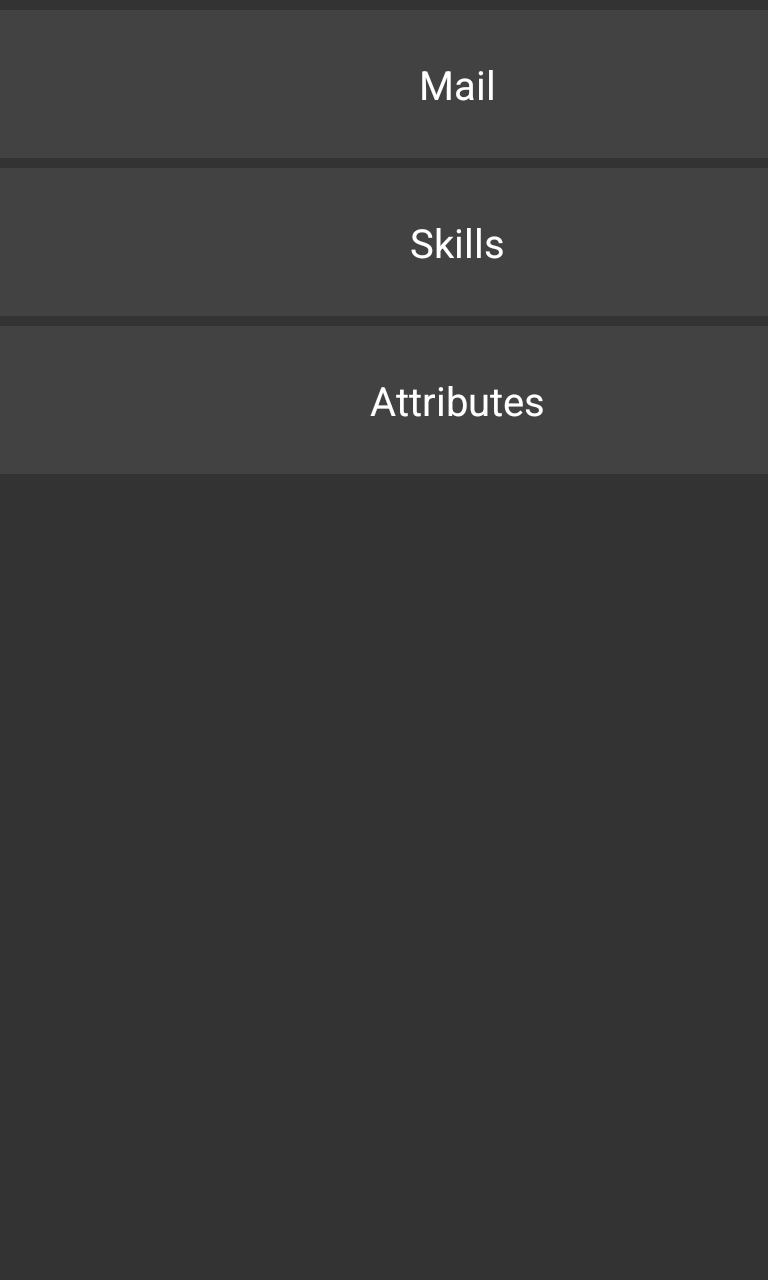
Repository: w9jds/Android-EveProfiler
Layout: EveProfiler/res/layout/drawerview.xml
An editor plug-in stored every save of this project. The layout is shown before and after the next save, followed by the edit.
It is drawn on a 768 x 1280 px phone screen (xhdpi) without system bars, with theme AppTheme; the app's code is not run.

Above is the layout before, as saved 2013-05-12 05:36:05.

After the next save:
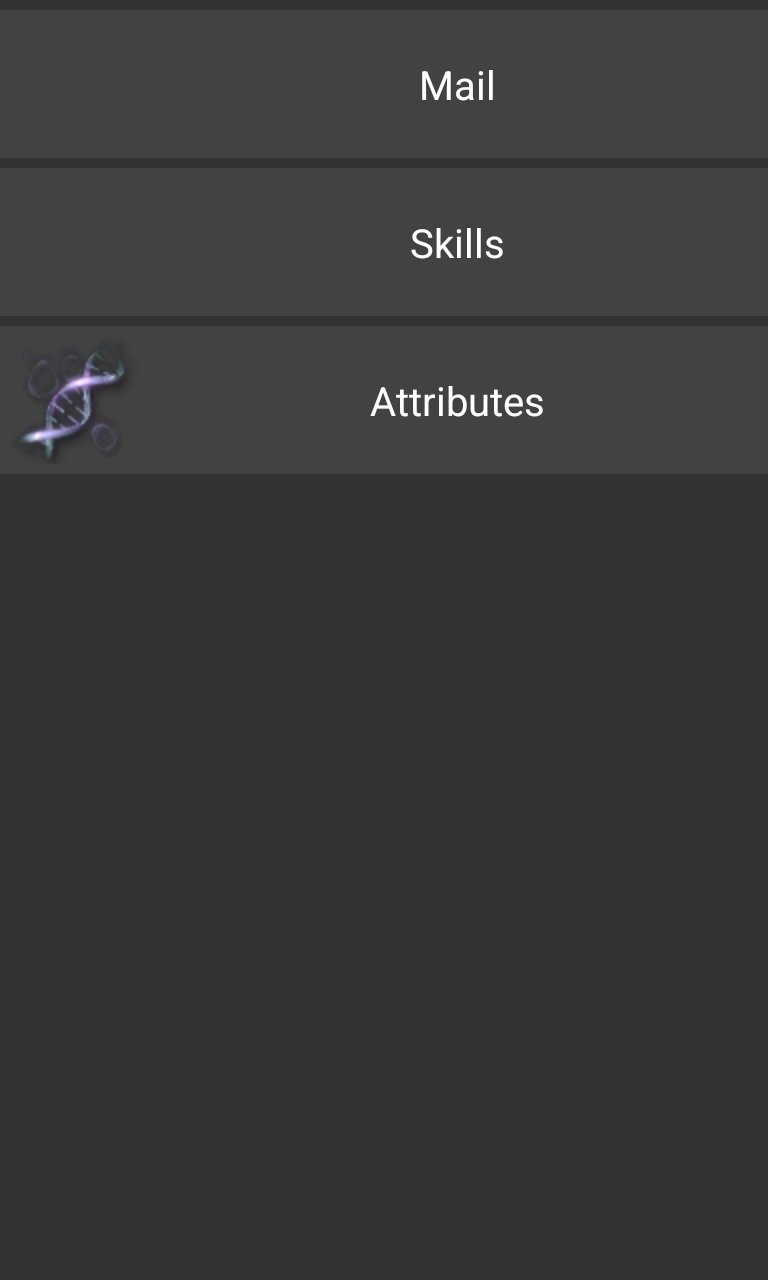
Saved 87 s later.
--- a/EveProfiler/res/layout/drawerview.xml
+++ b/EveProfiler/res/layout/drawerview.xml
@@ -98,7 +98,8 @@
                 android:layout_marginLeft="5dp"
                 android:layout_marginRight="5dp"
                 android:layout_marginTop="5dp"
-                android:layout_row="0" />
+                android:layout_row="0"
+                android:src="@drawable/attributes" />
 
             <TextView
                 android:id="@+id/AttributesLabel"
